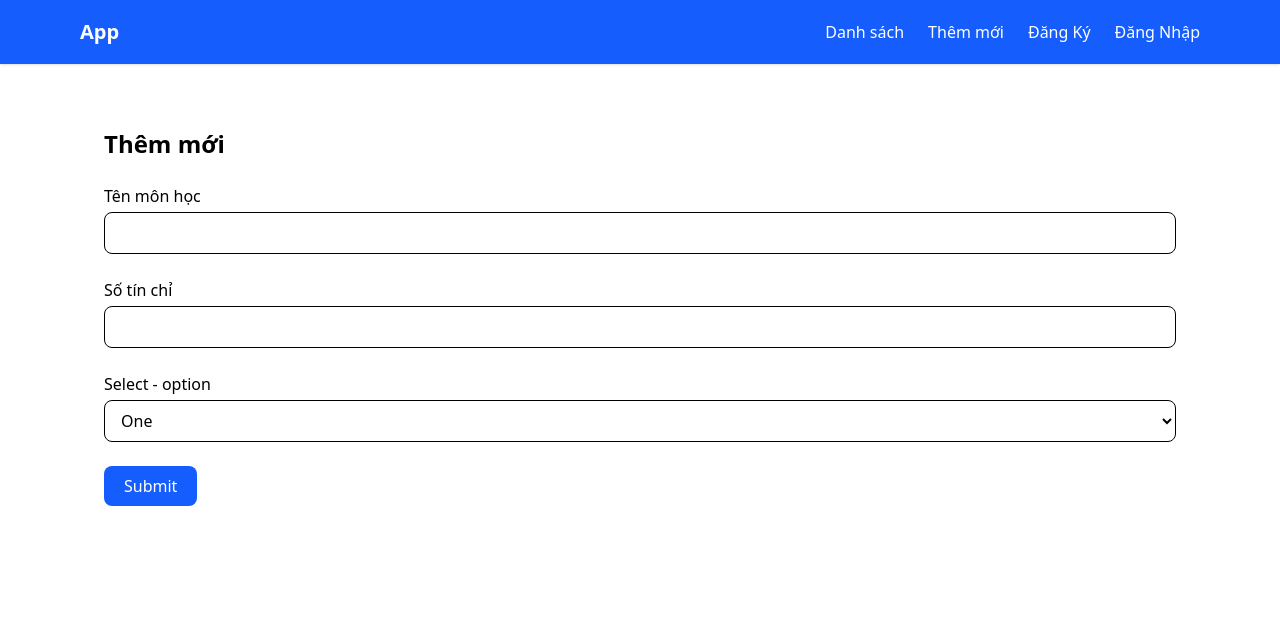
Repository: DODUCHUY195/Lap_Trinh_TypeScript
Page: /add
The author's editor kept a copy of each file at every save. The page is drawn from the files as they stood at one save, then again after the next save.
The browser window is 1280 px wide. The pictures show the whole page.
The project was rebuilt for these pictures with package versions that can differ from the ones it lists, and the page was loaded fresh each time. Also part of the build but not shown: vite.config.ts, src/pages/List.tsx, src/pages/Edit.tsx, src/pages/AuthPage.tsx.

Above is the page before, as saved 2026-01-28 14:47:11.

After the next save:
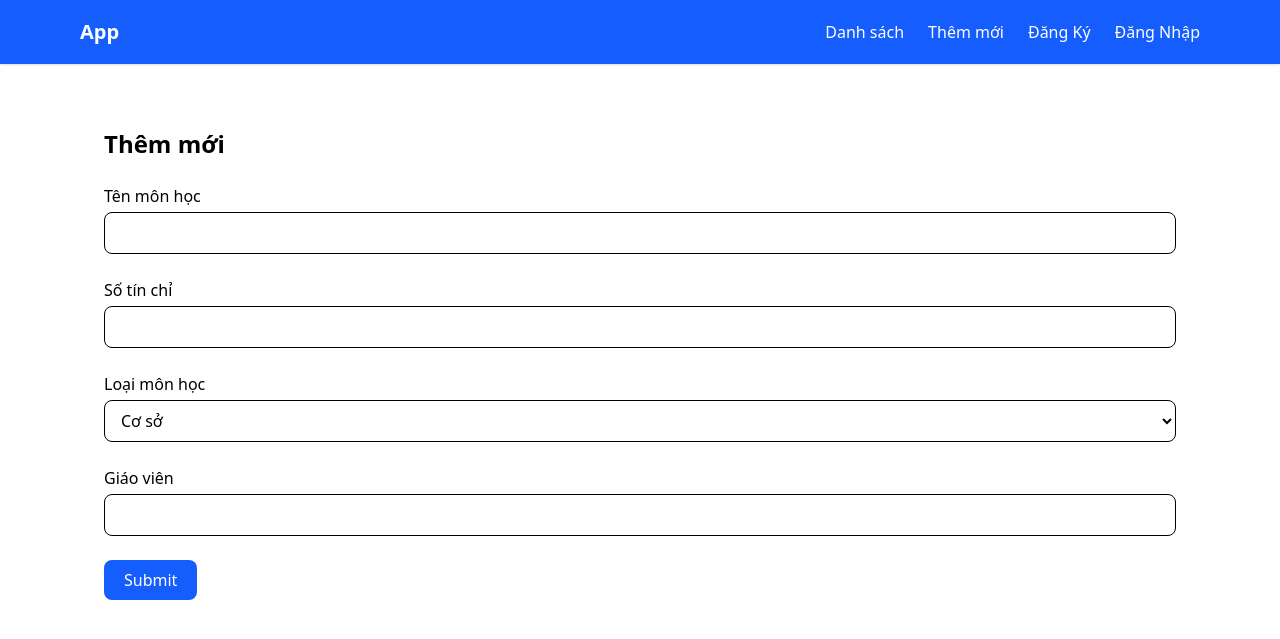
Saved 5 min 4 s later.
--- a/src/pages/Add.tsx
+++ b/src/pages/Add.tsx
@@ -9,11 +9,15 @@ import toast from "react-hot-toast";
 type FormValues = {
   name: string;
   credit: number;
+  category: "Cơ sở" | "Chuyên ngành" | "Đại cương";
+  teacher: string;
 };
 
 const validate = z.object({
-  name: z.string().min(3, "Name 3 ky tu").max(100),
-  credit: z.number().min(1).max(100),
+  name: z.string().min(4, "Tên phải > 3 ký tự").max(100),
+  credit: z.number().min(1, "Số tín chỉ phải > 0").max(100),
+  category: z.enum(["Cơ sở", "Chuyên ngành", "Đại cương"]),
+  teacher: z.string().min(4, "Giáo viên phải > 3 ký tự").max(100),
 });
 
 function AddPage() {
@@ -91,17 +95,32 @@ function AddPage() {
         </div>
 
         <div>
-          <label htmlFor="selectOption" className="block font-medium mb-1">
-            Select - option
+          <label htmlFor="category" className="block font-medium mb-1">
+            Loại môn học
           </label>
           <select
-            id="selectOption"
+            {...register("category")}
+            id="category"
             className="w-full border rounded-lg px-3 py-2 bg-white focus:outline-none focus:ring-2 focus:ring-blue-500"
           >
-            <option value="1">One</option>
-            <option value="2">Two</option>
-            <option value="3">Three</option>
+            <option value="Cơ sở">Cơ sở</option>
+            <option value="Chuyên ngành">Chuyên ngành</option>
+            <option value="Đại cương">Đại cương</option>
           </select>
+          {errors.category && <p className="text-red-600 mt-1">{errors.category.message}</p>}
+        </div>
+
+        <div>
+          <label htmlFor="teacher" className="block font-medium mb-1">
+            Giáo viên
+          </label>
+          <input
+            {...register("teacher")}
+            type="text"
+            id="teacher"
+            className="w-full border rounded-lg px-3 py-2 focus:outline-none focus:ring-2 focus:ring-blue-500"
+          />
+          {errors.teacher && <p className="text-red-600 mt-1">{errors.teacher.message}</p>}
         </div>
 
         <button
